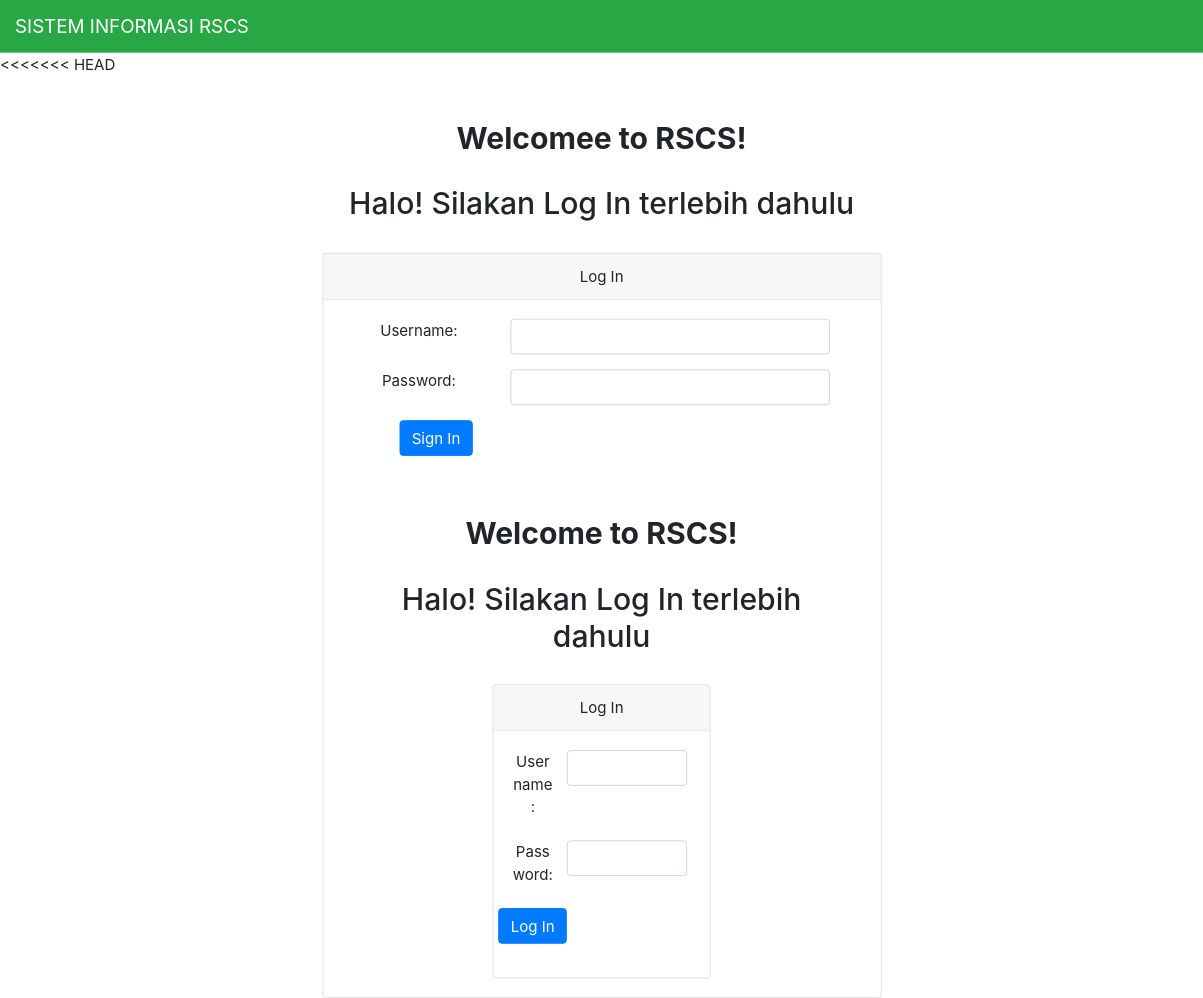
Repository: usamah1707/Tugas-Akhir-Kelompok-6
Page: http://localhost/login
These files come from the project's save history. The page is drawn as it stood at one moment and after the next save; the edit follows.
The browser window is 1280 px wide. The pictures show the whole page, at 94% of full size.
The page is this project's Thymeleaf template; nobody is signed in. The template is opened directly, without the code that normally fills it, so the values that code supplies are empty.

Above is the page before, as saved 2019-06-04 07:22:27.

After the next save:
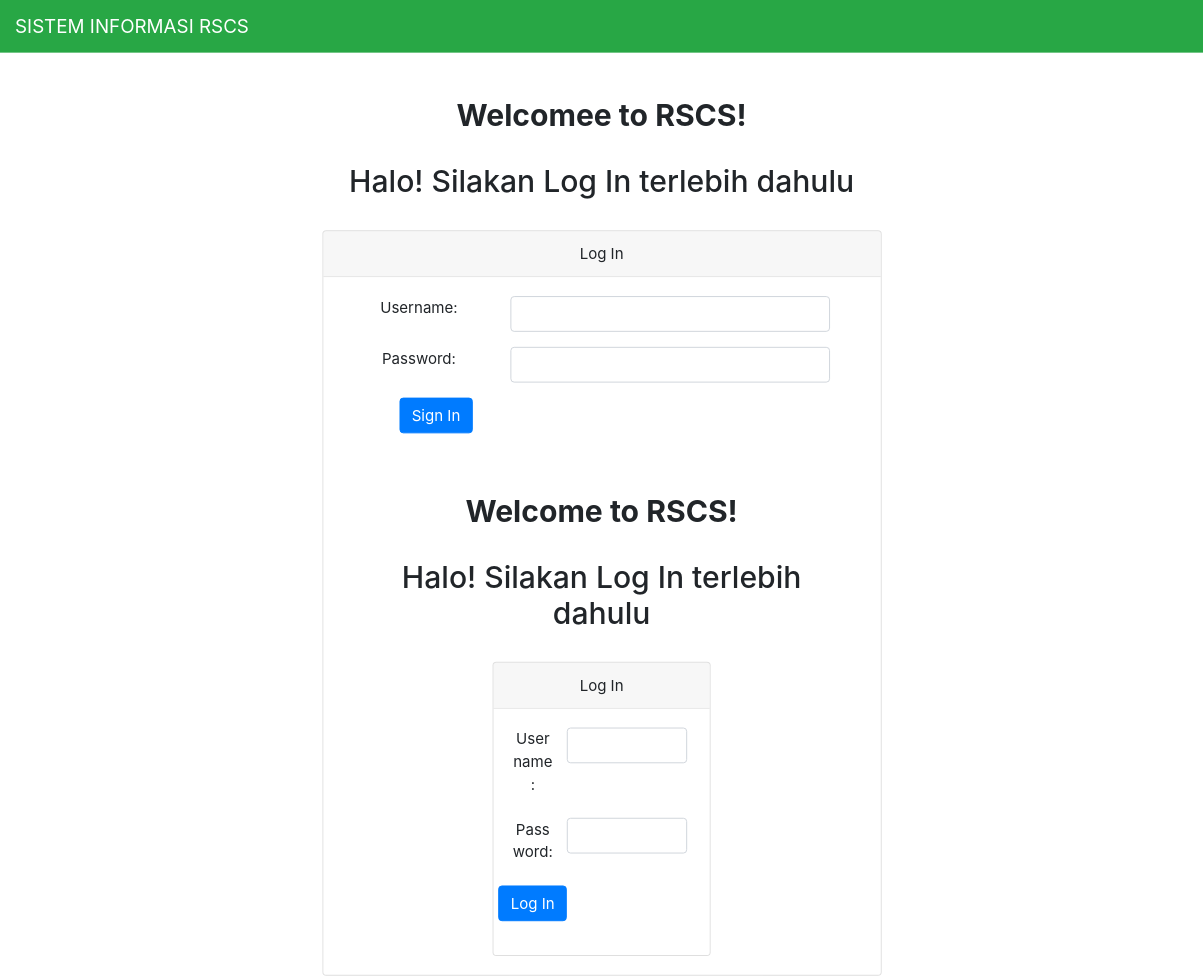
Saved 5 s later.
--- a/TA_6/src/main/resources/templates/login.html
+++ b/TA_6/src/main/resources/templates/login.html
@@ -11,7 +11,7 @@
 <nav th:replace="fragments/login-frag :: navbar"></nav>
 
 <body>
-<<<<<<< HEAD
+
     <div class="container-fluid" >
 
      <div class="row"  >
